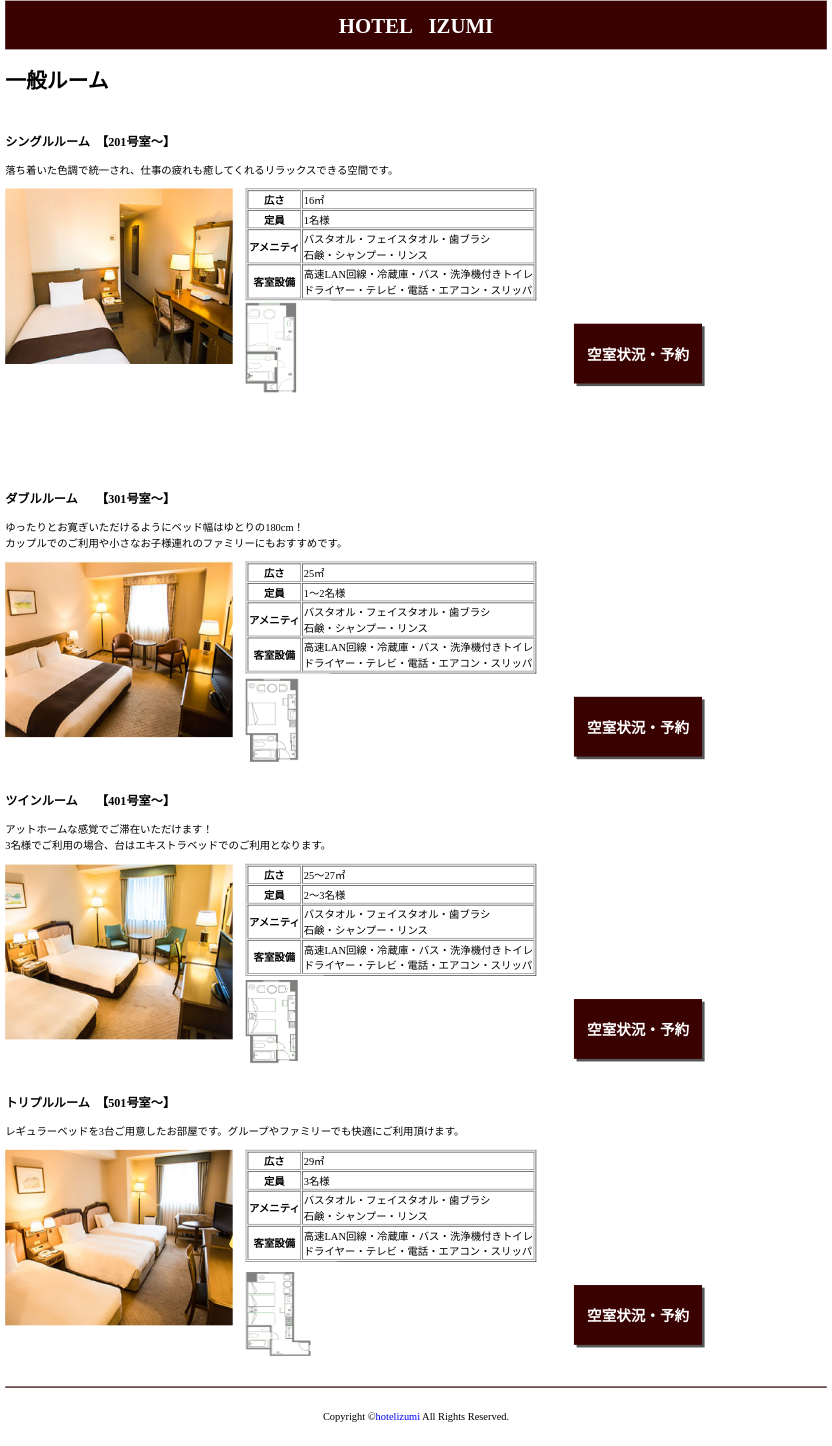
Repository: sep-dev/hotel_site
Page: http://localhost/HOTEL_IZUMI/general
The author's editor kept a copy of each file at every save. The page is drawn from the files as they stood at one save, then again after the next save.
The browser window is 1280 px wide. The pictures show the whole page, at 65% of full size.
The page is served by Tomcat 9.

Above is the page before, as saved 2016-05-25 06:15:54.

After the next save:
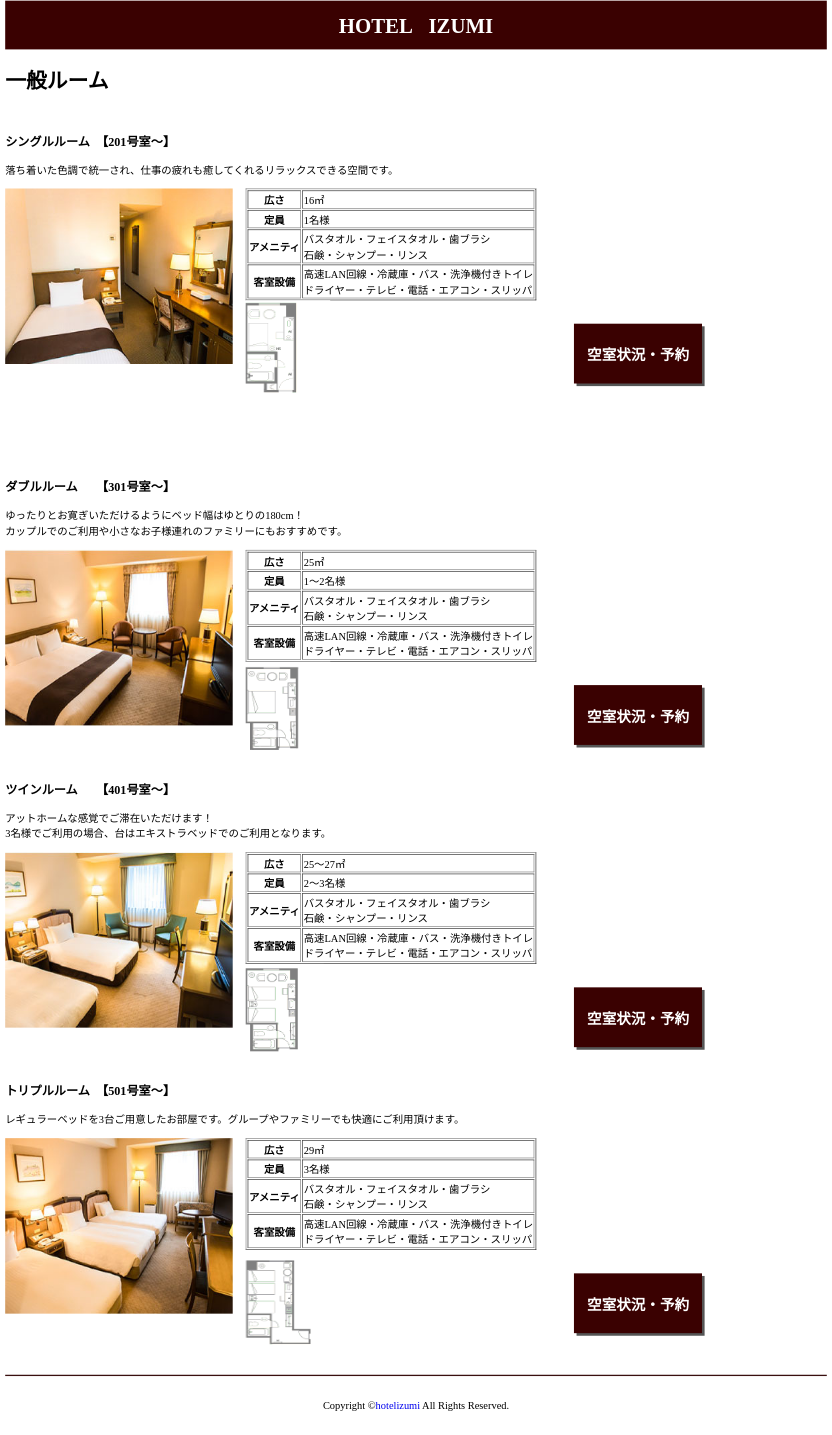
Saved 12 s later.
--- a/HOTEL_IZUMI/src/main/webapp/WEB-INF/views/general.jsp
+++ b/HOTEL_IZUMI/src/main/webapp/WEB-INF/views/general.jsp
@@ -53,7 +53,7 @@
 
       <button class="button2" type="submit" style="position: absolute; right: 200px;">空室状況・予約</button>
       <br clear="all">
-      <br><br><br><br><br><br><br>
+      <br><br><br><br><br><br>
 
       <h3>ダブルルーム　　【301号室～】</h3>
       ゆったりとお寛ぎいただけるようにベッド幅はゆとりの180cm！<br>カップルでのご利用や小さなお子様連れのファミリーにもおすすめです。<br><br>
